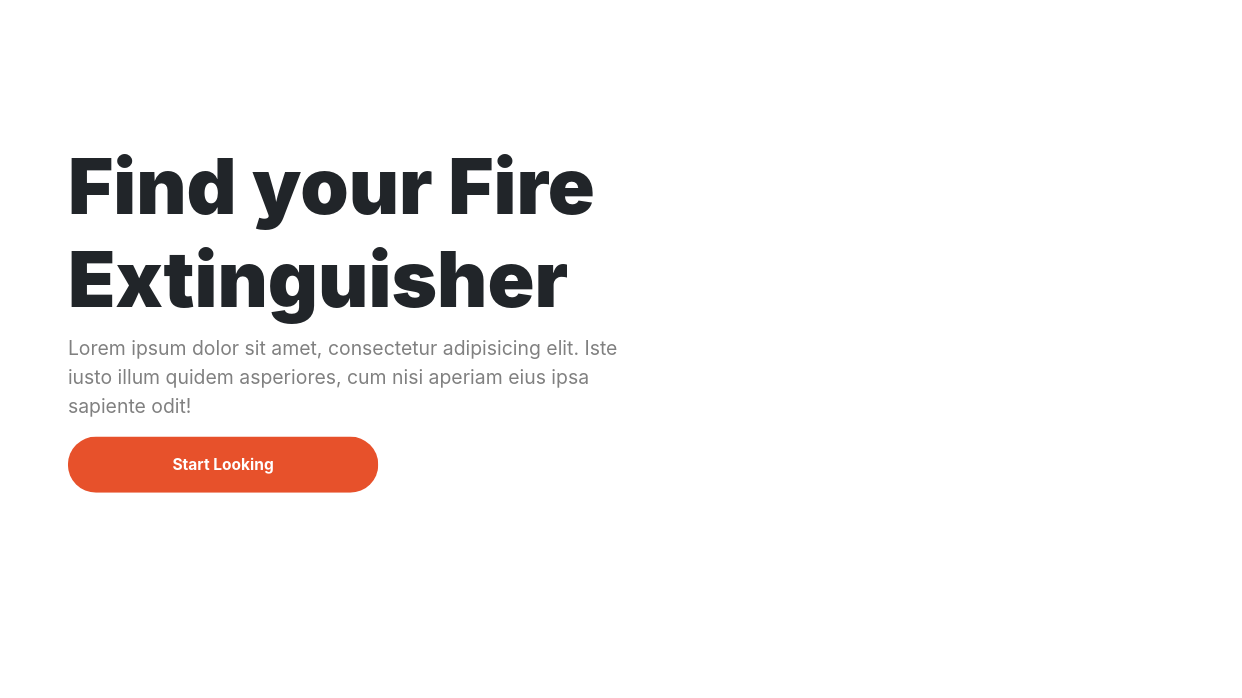
Repository: tomas938/Nuxt-crash-app
Page: /
These files come from the project's save history. The page is drawn as it stood at one moment and after the next save; the edit follows.
The browser window is 1280 px wide. The pictures show the whole page, at 97% of full size.
The project was rebuilt for these pictures with package versions that can differ from the ones it lists, and the page was loaded fresh each time. The framework's server and built-in components were replaced by stand-ins that run in the browser. Also part of the build but not shown: nuxt.config.js.

Above is the page before, as saved 2021-08-29 11:59:13.

After the next save:
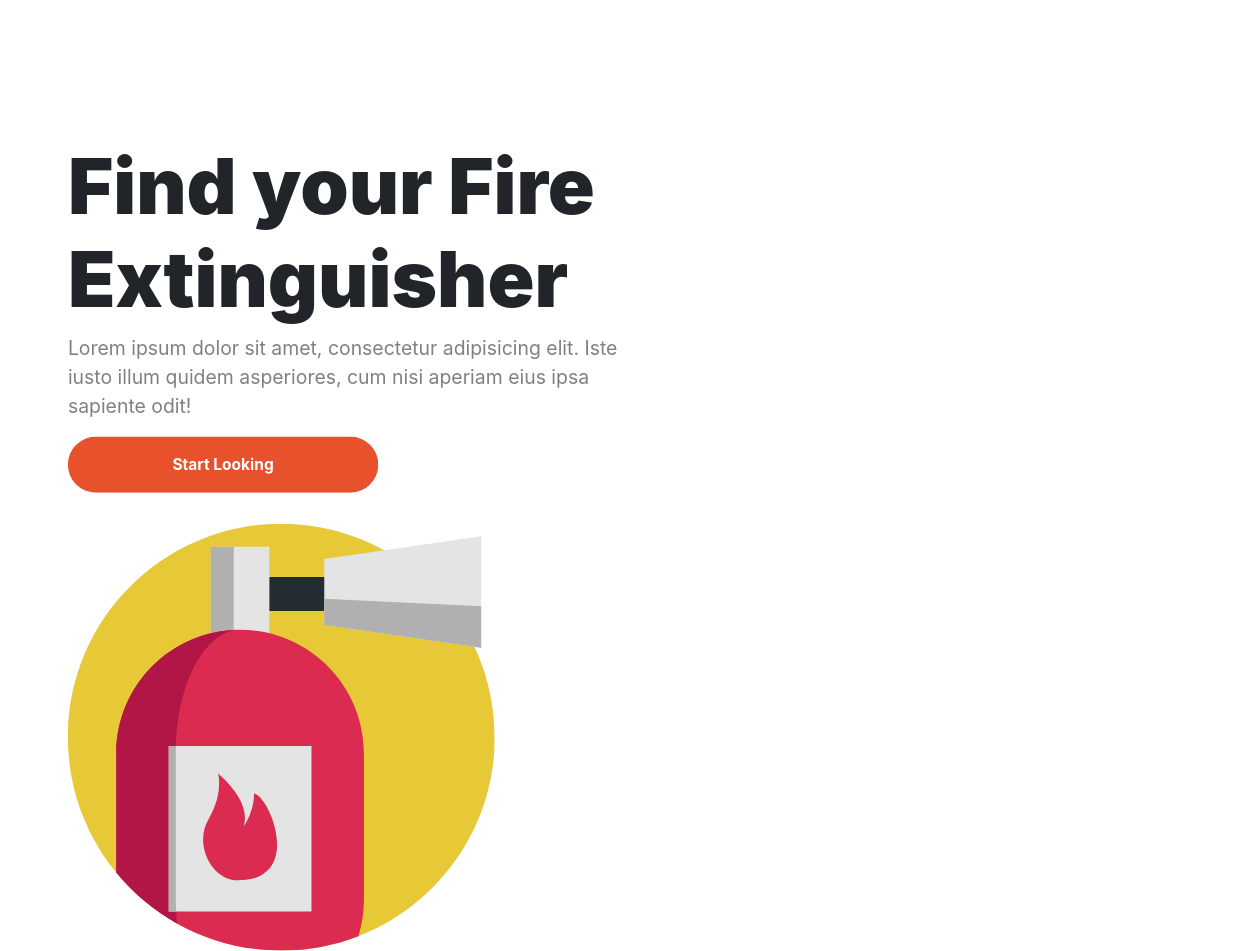
Saved 4 s later.
--- a/components/Hero.vue
+++ b/components/Hero.vue
@@ -7,7 +7,7 @@
         illum quidem asperiores, cum nisi aperiam eius ipsa sapiente odit!
       </p>
       <button class="button btn">Start Looking</button>
-      <img src="" alt="" class="image" />
+      <img src="../assets/fire-extinguisher.svg" alt="" class="image" />
     </div>
   </div>
 </template>
